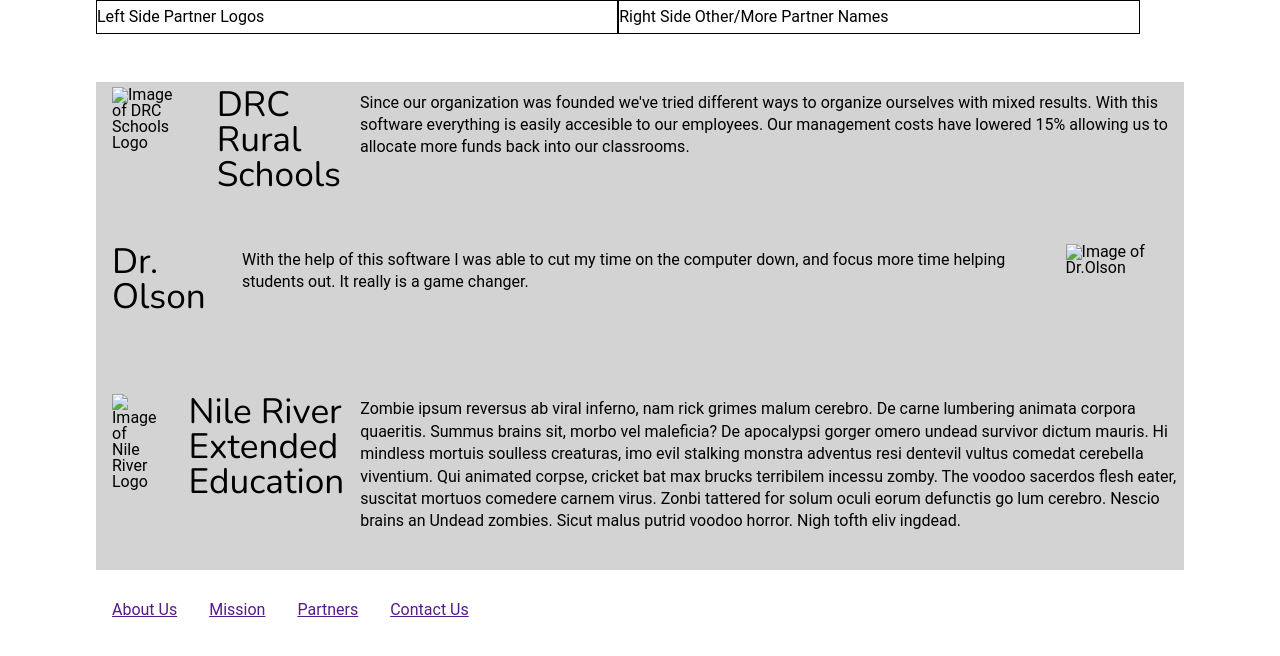
Repository: internationalrural-school-report/maketing-page
Page: marketing.html
The author's editor kept a copy of each file at every save. The page is drawn from the files as they stood at one save, then again after the next save.
The browser window is 1280 px wide. The pictures show the whole page.

Above is the page before, as saved 2019-08-24 09:01:22.

After the next save:
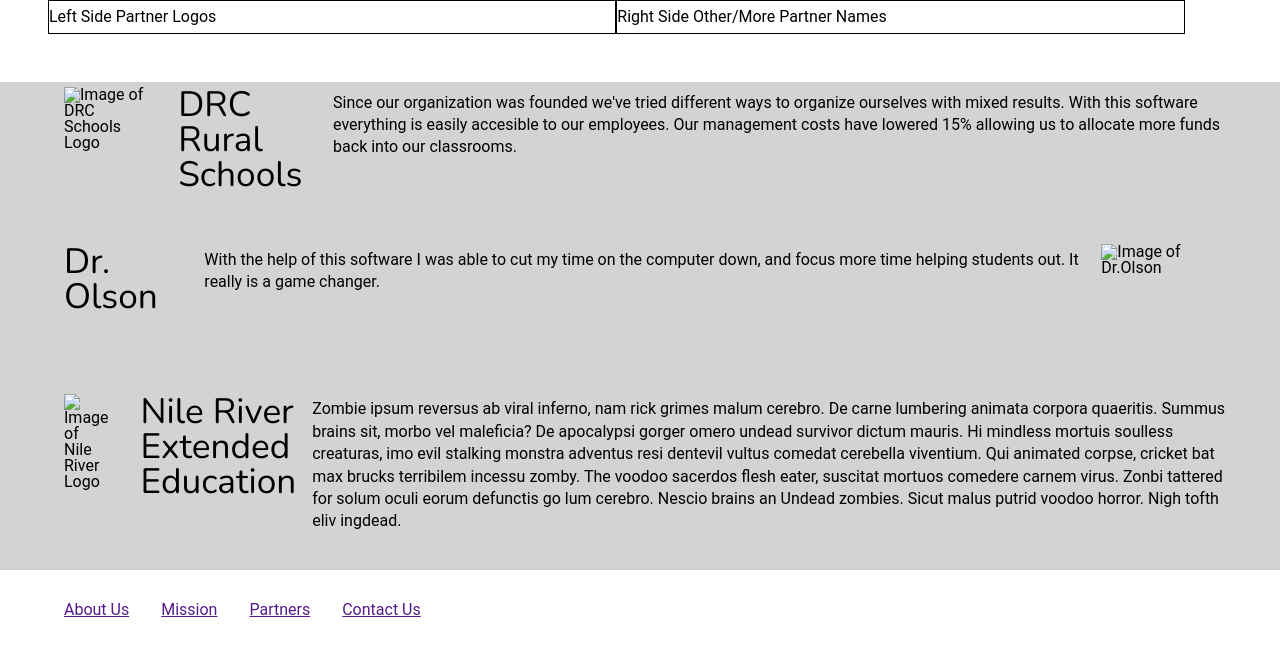
Saved 2 min 9 s later.
--- a/css-marketing.css
+++ b/css-marketing.css
@@ -54,8 +54,7 @@ table {
 html, body {
     height: 100%;
     font-family: 'Roboto', sans-serif;
-    padding-left: 3rem;
-    padding-right: 3rem;
+
 }
 
 h1, h3, h4, h5 {
@@ -85,6 +84,8 @@ img {
 .partners {
     display: flex;
     flex-wrap: row wrap;
+    padding-left: 3rem;
+    padding-right: 3rem;
 }
 .left-partner {
     border: .1rem solid black;
@@ -97,6 +98,8 @@ img {
 .testimonials {
     margin-top: 3rem;
     background: lightgray;
+    padding-left: 3rem;
+    padding-right: 3rem;
 
 }
 .first-testimonial {
@@ -125,6 +128,8 @@ img {
     display: flex;
     padding-bottom: 2rem;
     padding-top: 2rem;
+    padding-left: 3rem;
+    padding-right: 3rem;
 
 
 }
